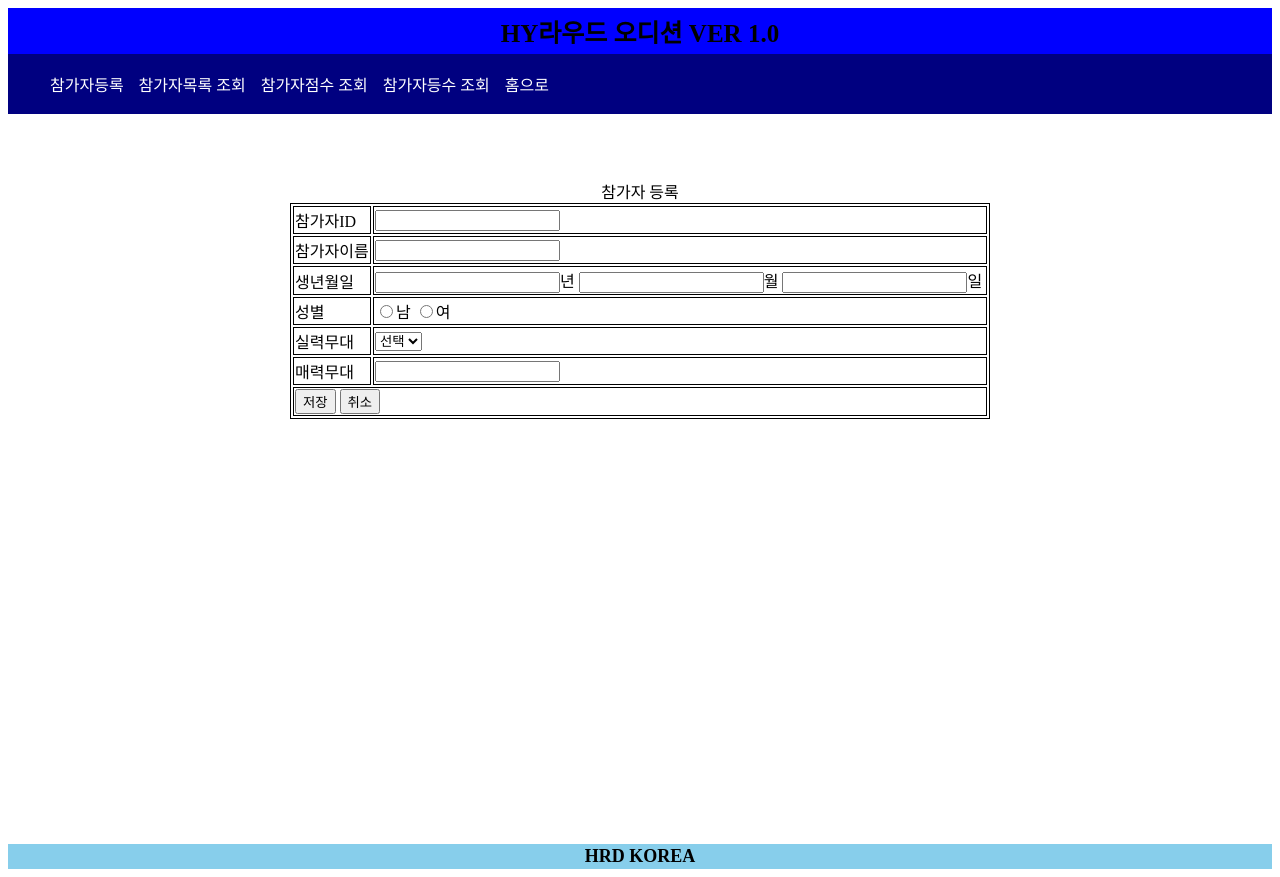
Repository: hoger96/java
Page: http://localhost/Audition/reg.go
These files come from the project's save history. The page is drawn as it stood at one moment and after the next save; the edit follows.
The browser window is 1280 px wide. The pictures show the whole page.
The page is served by Tomcat 9. Other server files are loaded and not shown.

Above is the page before, as saved 2023-02-05 15:14:36.

### Audition/src/main/webapp/WEB-INF/views/reg.jsp
<%@ page language="java" contentType="text/html; charset=UTF-8"
    pageEncoding="UTF-8"%>
<!DOCTYPE html>
<html>
<head>
<meta charset="UTF-8">
<title>Insert title here</title>
<%
	String path = request.getContextPath();
%>
<link href="<%=path %>/css/index.css" rel="stylesheet">
<link href="<%=path %>/css/reg.css" rel="stylesheet">
</head>
<body>
<header>HY라우드 오디션 VER 1.0</header>
<nav>
	<ol>
		<li><a href="<%=path%>/reg.go">참가자등록</a></li>
		<li><a href="<%=path%>/list.go">참가자목록 조회</a></li>
		<li><a href="<%=path%>/score.go">참가자점수 조회</a></li>
		<li><a href="<%=path%>/rank.go">참가자등수 조회</a></li>
		<li><a href="index.jsp">홈으로</a></li>
	</ol>
</nav>
<section>
<form name="frm" action="/reg" method="post">
	<table>
		<caption>참가자 등록</caption>
		<tr>
			<td class="main">참가자ID</td>
			<td><input type="text" name="join_id"></td>
		</tr>
		<tr>
			<td class="main">참가자이름</td>
			<td><input type="text" name="join_nm"></td>
		</tr>
		<tr>
			<td class="main">생년월일</td>
			<td>
				<input type="text" class="bb" name="birth_y">년
				<input type="text" class="bb" name="birth_m">월
				<input type="text" class="bb" name="birth_d">일
			</td>
		</tr>
		<tr>
			<td class="main">성별</td>
			<td>
				<input type="radio" name="gender" value="M">남
				<input type="radio" name="gender" value="F">여
			</td>
		</tr>
		<tr>
			<td class="main">실력무대</td>
			<td>
				<select name="specialty">
					<option value="">선택</option>
					<option value="V">보컬</option>
					<option value="D">댄스</option>
					<option value="R">랩</option>
				</select>
			</td>
		</tr>
		<tr>
			<td class="main">매력무대</td>
			<td><input type="text" name="charm"></td>
		</tr>
		<tr>
			<td colspan="2" class="main">
				<button>저장</button>
				<button>취소</button>
			</td>
		</tr>
	</table>
</form>
</section>
<footer>HRD KOREA</footer>
</body>
</html>

### Audition/src/main/java/controller/RegServlet.java
package controller;

import java.io.IOException;

import javax.servlet.ServletException;
import javax.servlet.annotation.WebServlet;
import javax.servlet.http.HttpServlet;
import javax.servlet.http.HttpServletRequest;
import javax.servlet.http.HttpServletResponse;

import model.AuditionDao;
import model.AuditionService;
import model.PersonDto;

@WebServlet("/reg.go")
public class RegServlet extends HttpServlet{

	@Override
	protected void doGet(HttpServletRequest request, HttpServletResponse response) throws ServletException, IOException {

		AuditionDao dao = new AuditionDao();
		AuditionService s = new AuditionService(dao);

		request.getRequestDispatcher("WEB-INF/views/reg.jsp").forward(request, response);
	}

	@Override
	protected void doPost(HttpServletRequest request, HttpServletResponse response) throws ServletException, IOException {

		request.setCharacterEncoding("UTF-8");

		String join_id = request.getParameter("join_id");
		String join_nm = request.getParameter("join_nm");
		String birth_y = request.getParameter("birth_y");
		String birth_m = request.getParameter("birth_m");
		String birth_d = request.getParameter("birth_d");
		String gender = request.getParameter("gender");
		String specialty = request.getParameter("specialty");
		String charm = request.getParameter("charm");

		AuditionDao dao = new AuditionDao();
		AuditionService s = new AuditionService(dao);

		PersonDto dto = new PersonDto(join_id, join_nm, birth_y+birth_m+birth_d, gender, specialty, charm);
		s.insert(dto);

		response.sendRedirect("index.jsp");
	}
}

### Audition/src/main/java/model/AuditionDao.java
package model;

import java.sql.Connection;
import java.sql.DriverManager;
import java.sql.PreparedStatement;
import java.sql.SQLException;

public class AuditionDao {

	String driver = "oracle.jdbc.driver.OracleDriver";
	String url = "jdbc:oracle:thin:@localhost:1521:xe";
	String user = "system";
	String password = "1234";

	Connection con = null;

	private void dbCon() {
		try {
			Class.forName(driver);
			con = DriverManager.getConnection(url, user, password);

			if(con != null) {
				System.out.print("연결성공");
			}
		} catch (SQLException | ClassNotFoundException e) {
			// TODO Auto-generated catch block
			e.printStackTrace();
		}
	}

	public void insert(PersonDto dto) {
		dbCon();
		String sql = " insert into tbl_join values(?,?,?,?,?,?) ";

		try {
			PreparedStatement pst = con.prepareStatement(sql);

			pst.setString(1, dto.getJoin_id());
			pst.setString(2, dto.getJoin_nm());
			pst.setString(3, dto.getBirth());
			pst.setString(4, dto.getGender());
			pst.setString(5, dto.getSpecialty());
			pst.setString(6, dto.getCharm());

			pst.executeUpdate();

			pst.close();
			con.close();

		} catch (SQLException e) {
			// TODO Auto-generated catch block
			e.printStackTrace();
		}
	}
}

### Audition/src/main/java/model/AuditionService.java
package model;

public class AuditionService {

	AuditionDao dao;

	public AuditionService() {
		// TODO Auto-generated constructor stub
	}

	public AuditionService(AuditionDao dao) {
		super();
		this.dao = dao;
	}

	public void insert(PersonDto dto) {
		dao.insert(dto);
	}
}

### Audition/src/main/webapp/css/index.css
@charset "UTF-8";
header{
	padding:5px;
	text-align:center;
	color:black;
	background-color:blue;
	font-size:25px;
	font-weight:bold;
}
nav{
	padding:2px;
	background-color:navy;
}
nav ol{
	display:flex;
	list-style: none;
}
nav li{
	margin-right:15px;
}
a{
	text-decoration: none;
	color:white;
}
section{
	height:700px;
	padding:15px;
}
footer{
	padding:2px;
	background-color: skyblue;
	text-align:center;
	font-size:18px;
	font-weight: bold;
}

### Audition/src/main/webapp/css/reg.css
@charset "UTF-8";
table{
	width:700px;
	margin:50px auto;
	border:1px solid black;
}
td{
	border:1px solid black;
	height:20px;
}
main{
	text-align:center;
}

After the next save:
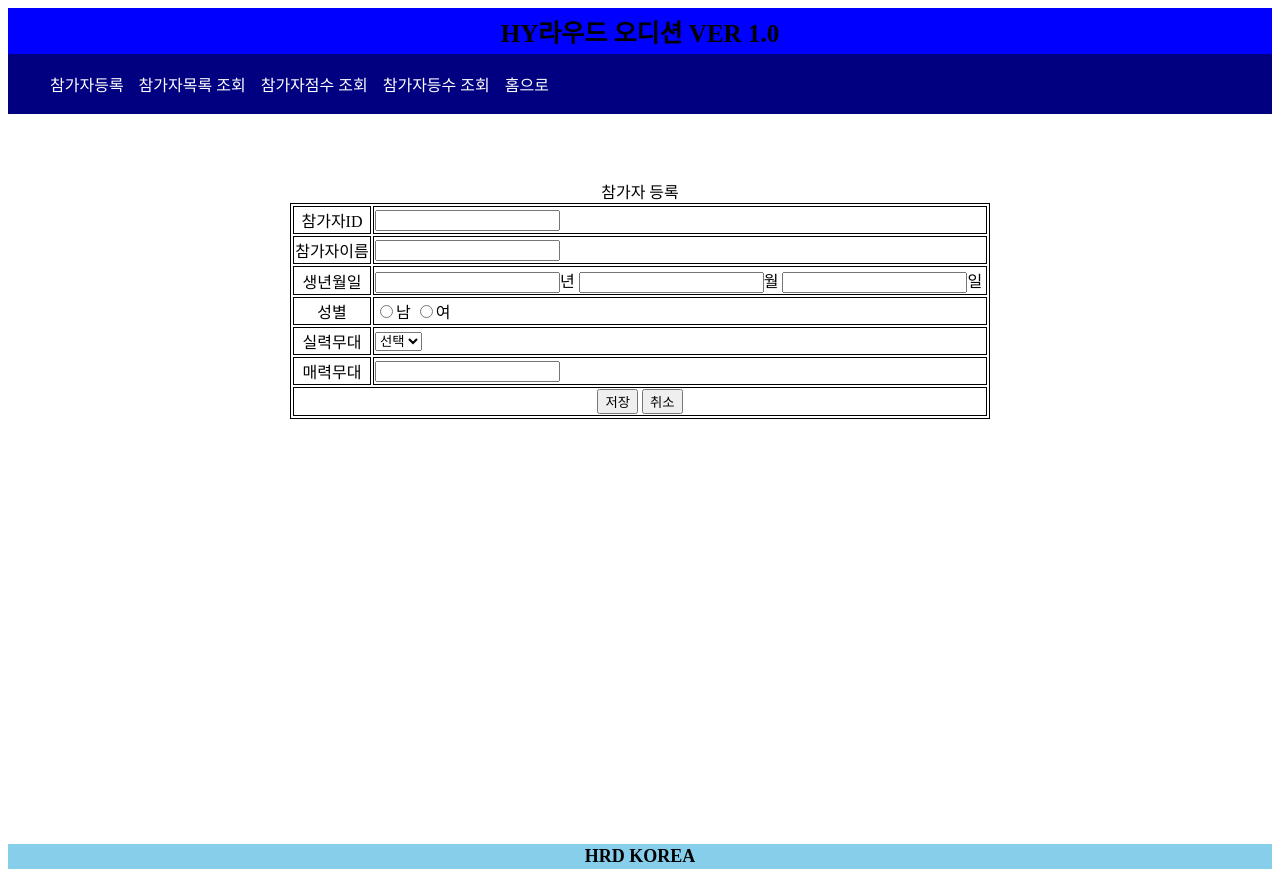
Saved 21 s later.
--- a/Audition/src/main/webapp/css/reg.css
+++ b/Audition/src/main/webapp/css/reg.css
@@ -8,6 +8,6 @@ td{
 	border:1px solid black;
 	height:20px;
 }
-main{
+.main{
 	text-align:center;
 }
